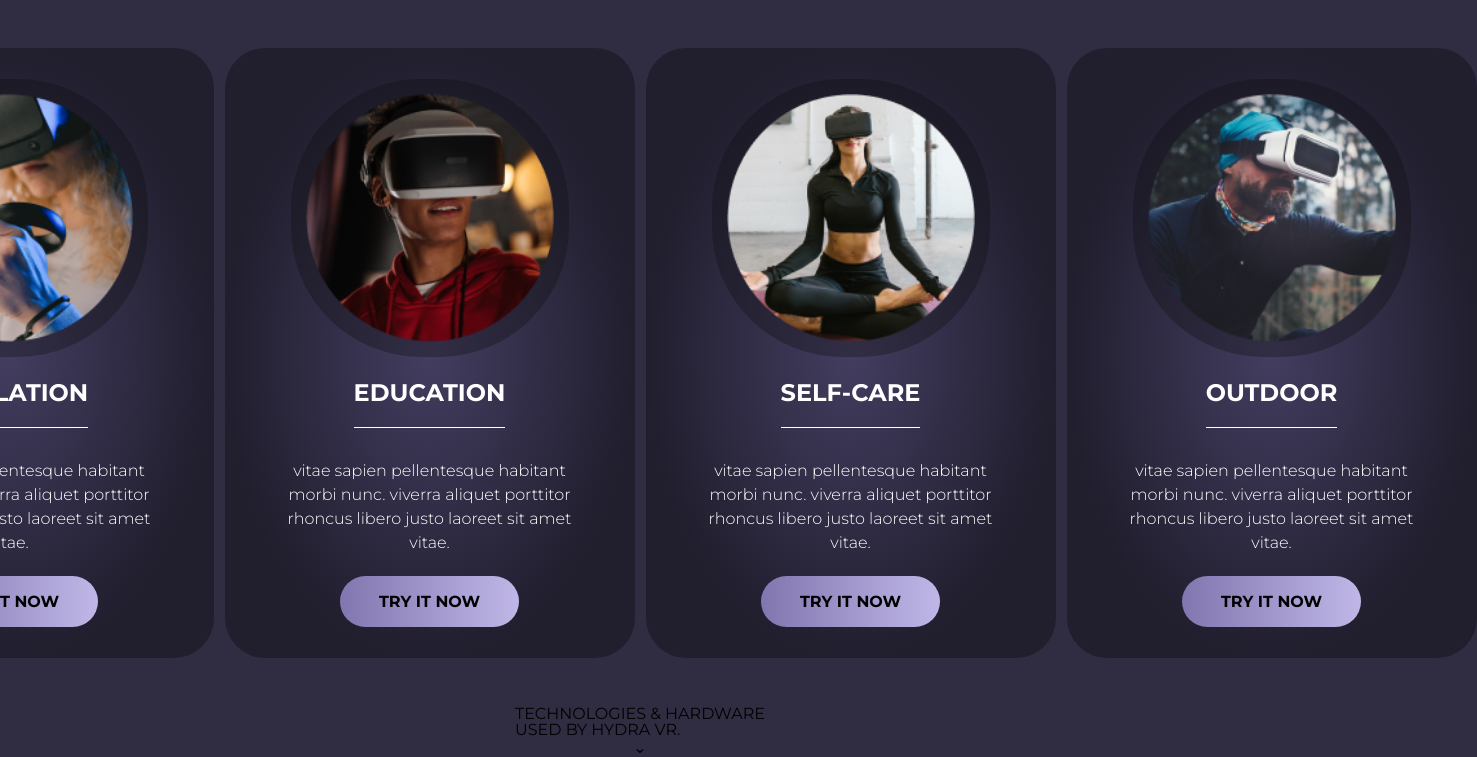
Repository: xMargi/Hydra-LandingPage
Page: index.html
These files come from the project's save history. The page is drawn as it stood at one moment and after the next save; the edit follows.
The browser window is 1280 px wide. The page is 1477 px wide, so the pictures cover 1477 px, including what lies to the right of the window. The pictures show the whole page.

Above is the page before, as saved 2023-06-07 20:37:04.

### index.html
    <!DOCTYPE html>
    <html lang="pt-br">
    <head>
        <meta charset="UTF-8">
        <meta http-equiv="X-UA-Compatible" content="IE=edge">
        <meta name="viewport" content="width=device-width, initial-scale=1.0">
        <title>Hydra - Landing Page</title>
        <link rel="stylesheet" href="./reset.css">
        <link rel="stylesheet" href="./style.css">
    </head>
    <body>
        <div class="cartoes">
            <div class="cartao">
                <img src="./assets/1.png" alt="Mulher jogando em realidade virtual" class="cartao__img">
                <h1 class="cartao__titulo">Simulation</h1>
                <p class="cartao__paragrafo">Vitae sapien pellentesque habitant morbi
                nunc. Viverra aliquet porttitor rhoncus
                libero justo laoreet sit amet vitae.</p>
                <button class="cartao__button">Try it now</button>
            </div>
            <div class="cartao">
                <img src="./assets/2.png" alt="Homem usando um óculos de realidade virtual" class="cartao__img">
                <h1 class="cartao__titulo">Education</h1>
                <p class="cartao__paragrafo">Vitae sapien pellentesque habitant morbi
                nunc. Viverra aliquet porttitor rhoncus
                libero justo laoreet sit amet vitae.</p>
                <button class="cartao__button">Try it now</button>
            </div>
            <div class="cartao">
                <img src="./assets/3.png" alt="Mulher meditando com óculos de realidade virtual" class="cartao__img">
                <h1 class="cartao__titulo">Self-Care</h1>
                <p class="cartao__paragrafo">Vitae sapien pellentesque habitant morbi
                nunc. Viverra aliquet porttitor rhoncus
                libero justo laoreet sit amet vitae.</p>
                <button class="cartao__button">Try it now</button>
            </div>
            <div class="cartao">
                <img src="./assets/4.png" alt="Homem fazendo exercicíos utilizando um óculos de realidade virtual" class="cartao__img">
                <h1 class="cartao__titulo">Outdoor</h1>
                <p class="cartao__paragrafo">Vitae sapien pellentesque habitant morbi
                nunc. Viverra aliquet porttitor rhoncus
                libero justo laoreet sit amet vitae.</p>
                <button class="cartao__button">Try it now</button>
            </div>
        </div>
        <div class="container__imagem">
            <h1 class="imagem__titulo">Technologies & Hardware</h1>
            <p class="imagem__paragrafo">Used by hydra vr.</p>
        </div>
        <button class="botao__baixo">&#8964</button>
        <script src="./script.js"></script>
    </body>
    </html>

### style.css
@import url('https://fonts.googleapis.com/css2?family=Montserrat:wght@300;400;700&display=swap');

:root{

    --fonte: 'Montserrat', sans-serif;
    --cor-fundo: #302C42;
    --cor-cartao: radial-gradient(50% 50% at 50% 50%, #433D60 0%, #211E2E 100%);
    --cor-button: linear-gradient(90deg, #8176AF 0%, #C0B7E8 100%);
    --cor-branca: #FFFFFF;
    --cor-texto: #343045;
    --cor-sombra: rgba(14, 14, 14, 0.32);
    --weight: 400;

}

body{
    box-sizing: border-box;
    background: var(--cor-fundo);
    display: flex;
    align-items: center;
    flex-direction: column;
    font-family: var(--fonte);
    font-weight: var(--weight);
    text-transform: uppercase;

}

.cartoes{
    margin:3rem 5.4375rem;
    display: flex;
    gap: 0.6875rem;

}

.cartao{
    background: var(--cor-cartao);
    display: flex;
    flex-direction: column;
    gap: 1.3125rem;
    align-items: center;
    justify-content: center;
    text-align: center;
    padding: 3.125rem;
    border-radius: 2.5rem;
    height: 31.875rem;
    width: 19.375rem;
}

.cartao__img{
    background: var(--cor-sombra);
    border-radius: 8.125rem;
    padding: 0.9375rem;
    width: 80%;
}

.cartao__titulo{

    color: var(--cor-branca);
    font-weight: 700;
    font-size: 1.5rem;
    line-height: 1.875rem;
    padding-bottom: 1.2188rem;
    border-bottom: 0.0313rem solid var(--cor-branca);
}

.cartao__paragrafo{
    padding-top: 0.625rem;
    text-transform: lowercase;
    line-height: 1.5rem;
    color: var(--cor-branca);
    font-weight: 300;

}

.cartao__button{

    background: var(--cor-button);
    padding: 1rem 2.4375rem;
    border-radius: 40px;
    font-weight: 700;
    text-transform: uppercase;
}

Loaded but not shown: main/reset.css (common file); script.js (no copy from this time; the picture is the same without it)

After the next save:
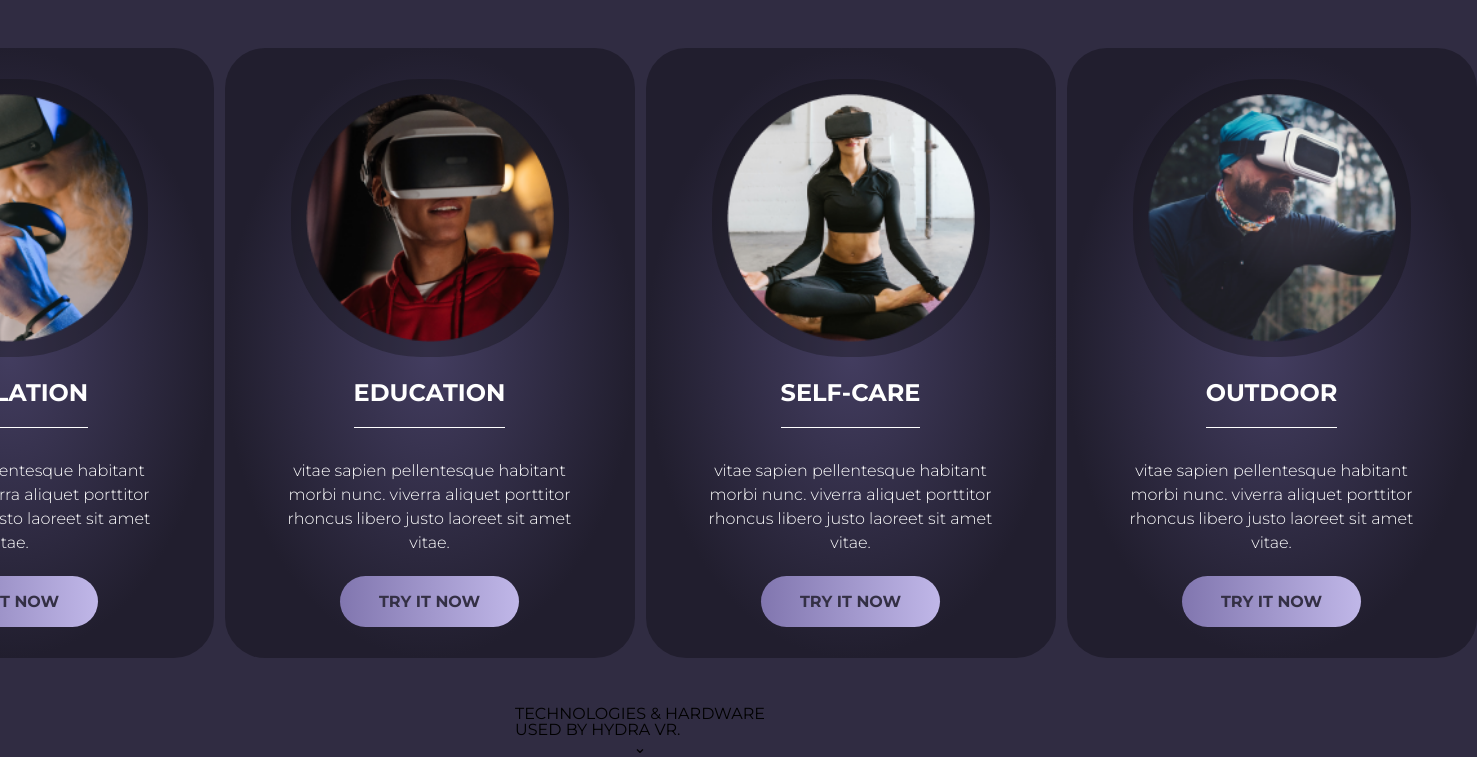
Saved 22 s later.
--- a/style.css
+++ b/style.css
@@ -79,4 +79,5 @@ body{
     border-radius: 40px;
     font-weight: 700;
     text-transform: uppercase;
+    color: var(--cor-texto);
 }
